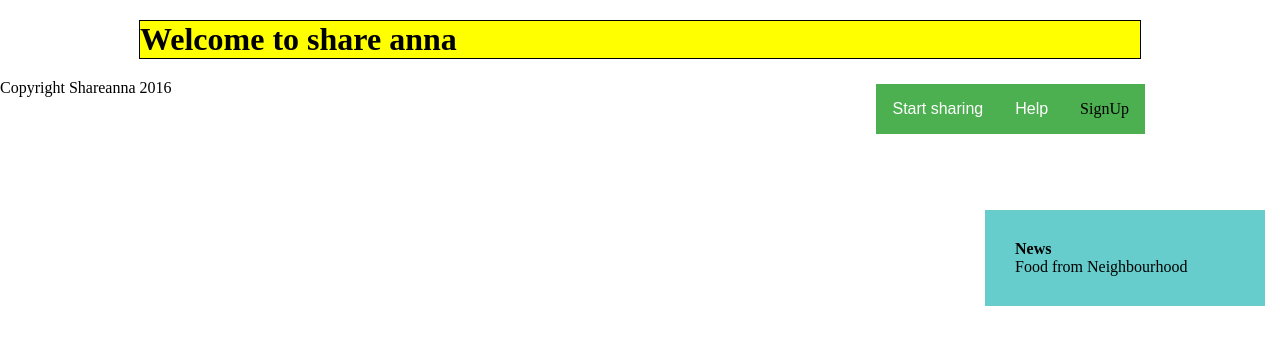
Repository: navigator007/shareanna
Page: practiceSpringMVC_1/src/main/webapp/home.html
The author's editor kept a copy of each file at every save. The page is drawn from the files as they stood at one save, then again after the next save.
The browser window is 1280 px wide. The pictures show the whole page.

Above is the page before, as saved 2016-08-20 23:44:38.

After the next save:
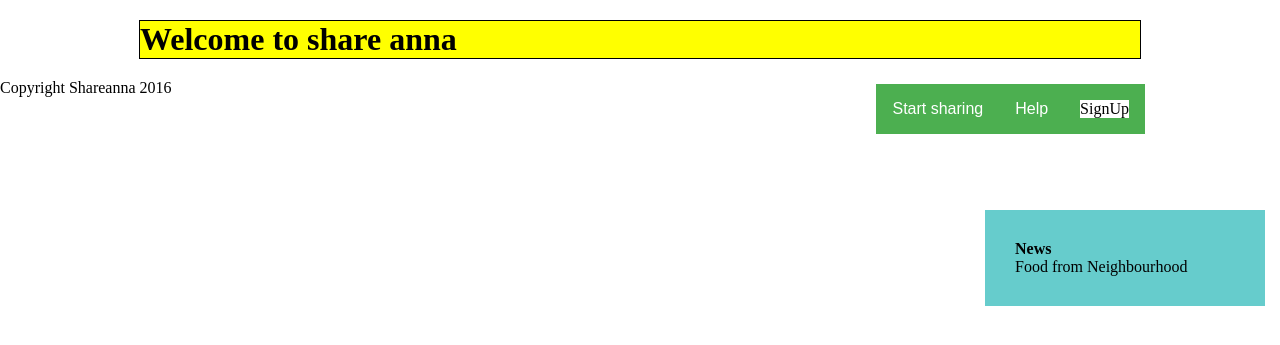
Saved 31 s later.
--- a/practiceSpringMVC_1/src/main/webapp/css/home.css
+++ b/practiceSpringMVC_1/src/main/webapp/css/home.css
@@ -92,7 +92,7 @@ background-color: #3e8e41;
 }
 .dropdown_custom a{
 	text-decoration: none;
-	background: none;
+	background-color: white;
 	color: black;
     display: block;
 
